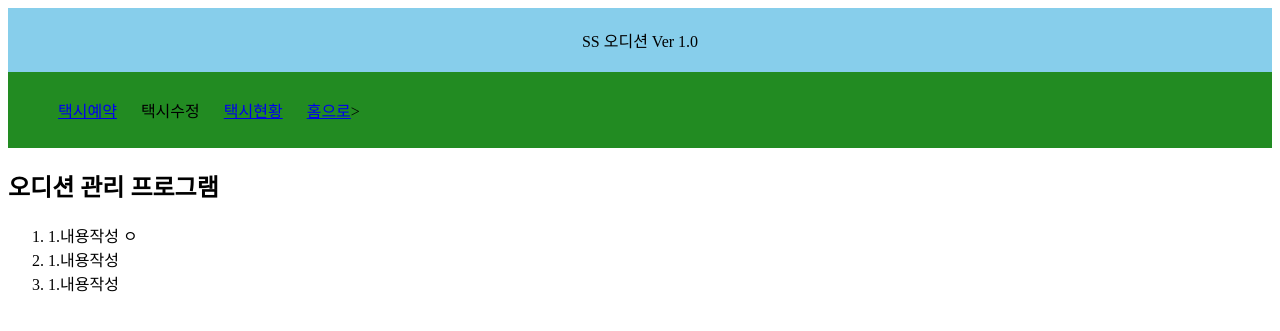
Repository: khs220507/WebClass
Page: http://localhost/prj0828/Audition/index.jsp
An editor plug-in stored every save of this project. The page is shown before and after the next save, followed by the edit.
The browser window is 1280 px wide. The pictures show the whole page.
The page is served by Tomcat 9. Other server files are loaded and not shown.

Above is the page before, as saved 2023-08-28 07:50:48.

### prj0828/src/main/webapp/Audition/index.jsp
<%@ page language="java" contentType="text/html; charset=UTF-8"
    pageEncoding="UTF-8"%>
<!DOCTYPE html>
<html>
<head>
<meta charset="UTF-8">
<title>Insert title here</title>
<link href="./index.css" rel="stylesheet"/>
</head>
<body>

<header>
SS 오디션 Ver 1.0
</header>

<nav>
<ul>
<li><a href="register_taxi.html">택시예약</a></li>
<li>택시수정</li>
<li><a href="list.jsp">택시현황</a></li>
<li><a href="index.jsp">홈으로</a>></li>
</ul>
</nav>

<section>
<h2>오디션 관리 프로그램</h2>

<ol>
<li>1.내용작성 ㅇ</li>
<li>1.내용작성</li>
<li>1.내용작성</li>
</ol>
</section>

<footer>
</footer>

</body>
</html>

### prj0828/src/main/webapp/Audition/index.css
@charset "UTF-8";

header{
	padding : 20px;
	background-color: skyblue;
	text-align: center;
}


nav{
	padding: 10px;
	background-color: forestgreen;
}
ul{
	list-style: none;
}
ul >li{
	display: inline-block;
	padding-right :20px;
}

After the next save:
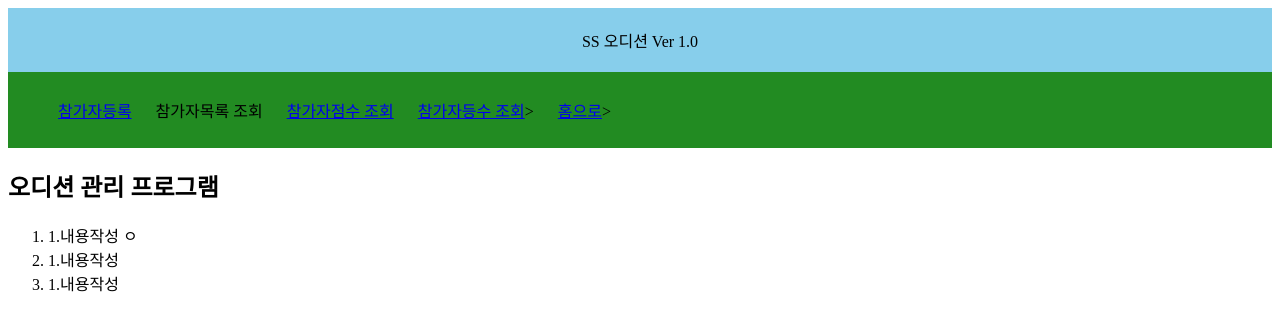
Saved 49 s later.
--- a/prj0828/src/main/webapp/Audition/index.jsp
+++ b/prj0828/src/main/webapp/Audition/index.jsp
@@ -15,9 +15,10 @@
 
 <nav>
 <ul>
-<li><a href="register_taxi.html">택시예약</a></li>
-<li>택시수정</li>
-<li><a href="list.jsp">택시현황</a></li>
+<li><a href="register_taxi.html">참가자등록</a></li>
+<li>참가자목록 조회</li>
+<li><a href="list.jsp">참가자점수 조회</a></li>
+<li><a href="index.jsp">참가자등수 조회</a>></li>
 <li><a href="index.jsp">홈으로</a>></li>
 </ul>
 </nav>
